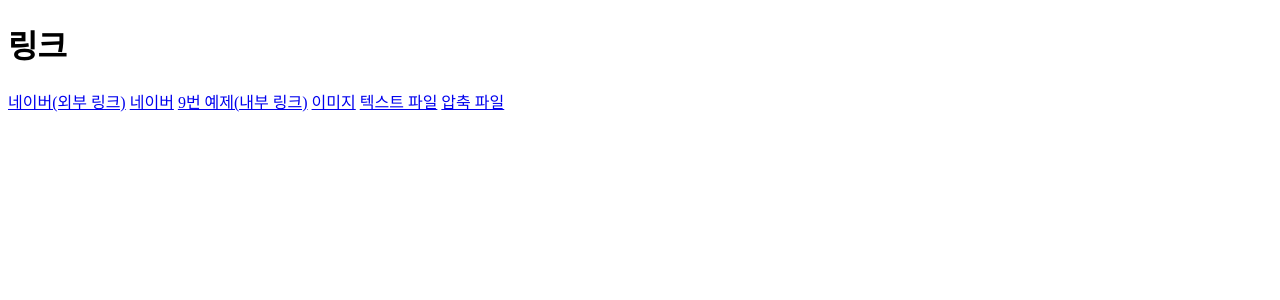
Repository: kmd192kmd/Web
Page: html/HtmlTest/src/main/webapp/ex10_link.html
These files come from the project's save history. The page is drawn as it stood at one moment and after the next save; the edit follows.
The browser window is 1280 px wide. The pictures show the whole page.

Above is the page before, as saved 2026-02-13 02:16:25.

After the next save:
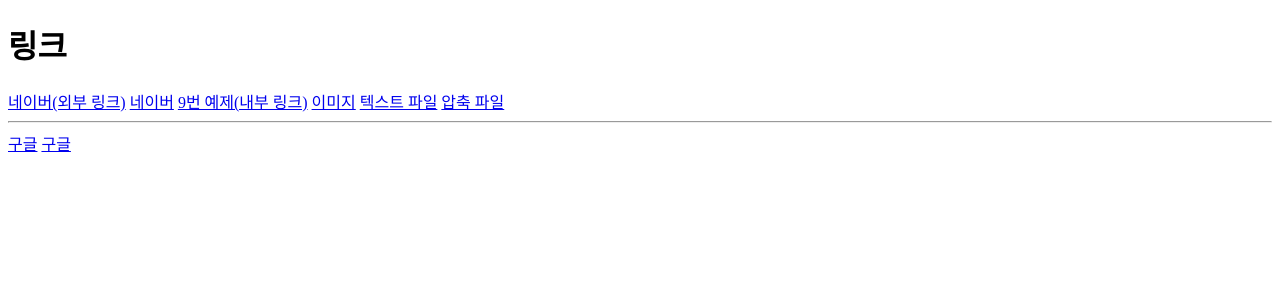
Saved 69 s later.
--- a/html/HtmlTest/src/main/webapp/ex10_link.html
+++ b/html/HtmlTest/src/main/webapp/ex10_link.html
@@ -41,5 +41,9 @@
 
 	 <a href="webapp.zip">압축 파일</a>
 
+	 <hr>
+
+	 <a href="https://google.com" target="_self">구글</a>
+	 <a href="https://google.com" target="_blank">구글</a>
 </body>
 </html>
